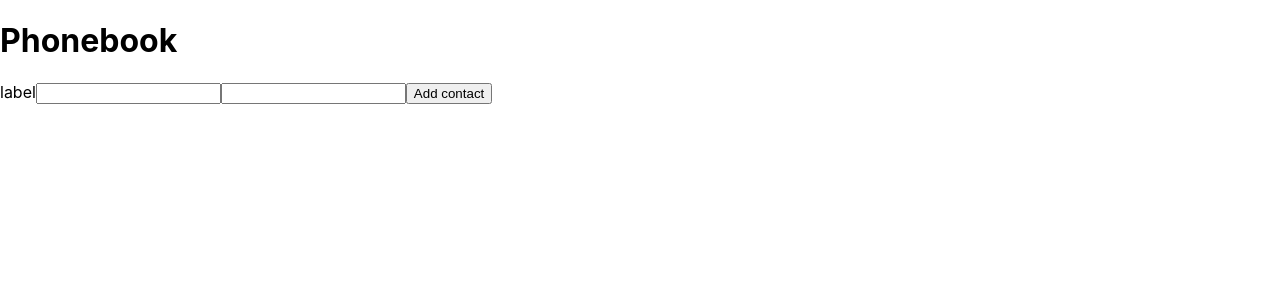
Repository: alexshlikhta/goit-react-hw-02-phonebook
Page: /
An editor plug-in stored every save of this project. The page is shown before and after a run of saves, followed by the edit.
The browser window is 1280 px wide. The pictures show the whole page.
The project was rebuilt for these pictures with package versions that can differ from the ones it lists, and the page was loaded fresh each time. Also part of the build but not shown: src/App.css.

Above is the page before, as saved 2021-12-08 22:59:33.

After the next 3 saves:
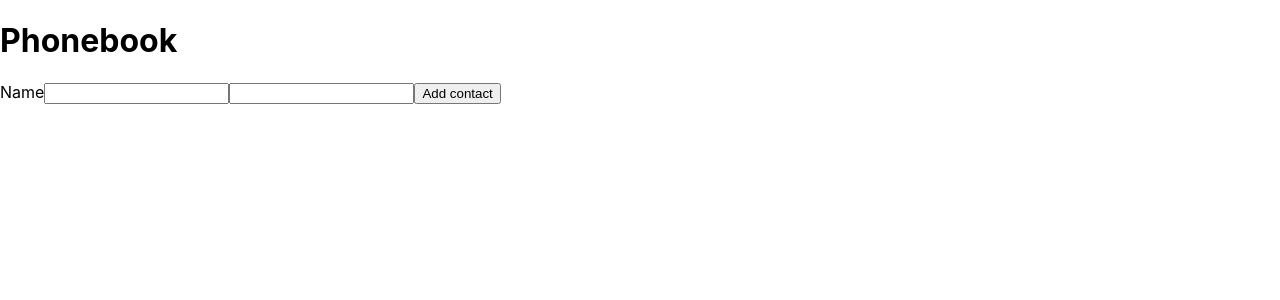
The 3 saves are shown as one change because 1 did not build or start and some came seconds apart.
The last was saved 10 s later.
--- a/src/App.js
+++ b/src/App.js
@@ -49,7 +49,9 @@ export default class App extends Component {
 				<h1>Phonebook</h1>
 
 				<form onSubmit={this.handleSubmit}>
-					label
+					<label>
+						Name
+					</label>
 					<input
 						type='text'
 						name='name'
